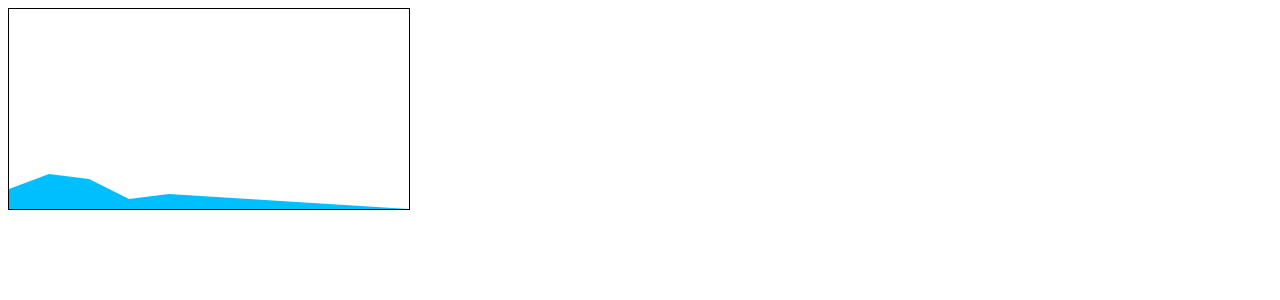
Repository: SeungYn/Javascript-study-toy
Page: canvas-tutorial/index.html
An editor plug-in stored every save of this project. The page is shown before and after the next save, followed by the edit.
The browser window is 1280 px wide. The pictures show the whole page.

Above is the page before, as saved 2023-03-14 12:56:31.

After the next save:
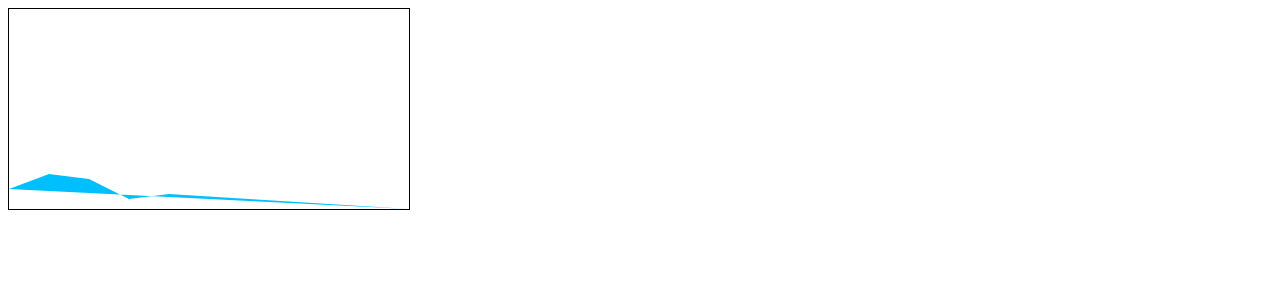
Saved 6 s later.
--- a/canvas-tutorial/index.html
+++ b/canvas-tutorial/index.html
@@ -37,7 +37,7 @@
       }
     }
     context.lineTo(canvas.width, canvas.height);
-    context.lineTo(0, canvas.height);
+
     context.closePath();
     context.fillStyle = barColor;
     context.fill();

After the save that followed:
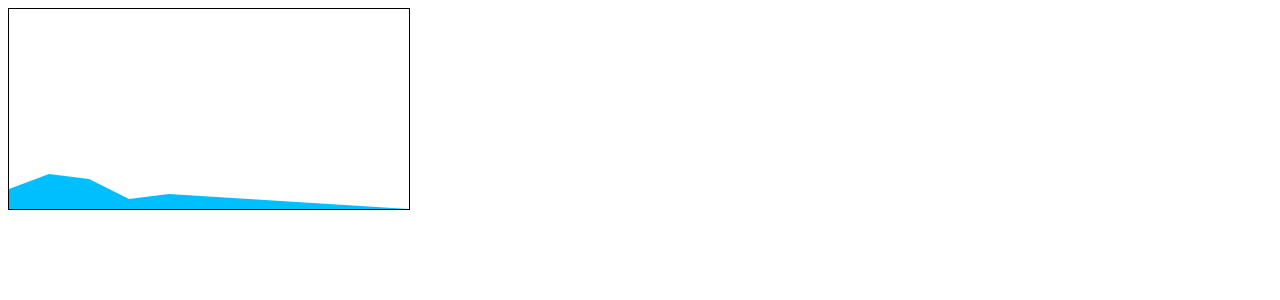
Saved 5 s later.
--- a/canvas-tutorial/index.html
+++ b/canvas-tutorial/index.html
@@ -37,7 +37,7 @@
       }
     }
     context.lineTo(canvas.width, canvas.height);
-
+    context.lineTo(0, canvas.height);
     context.closePath();
     context.fillStyle = barColor;
     context.fill();
